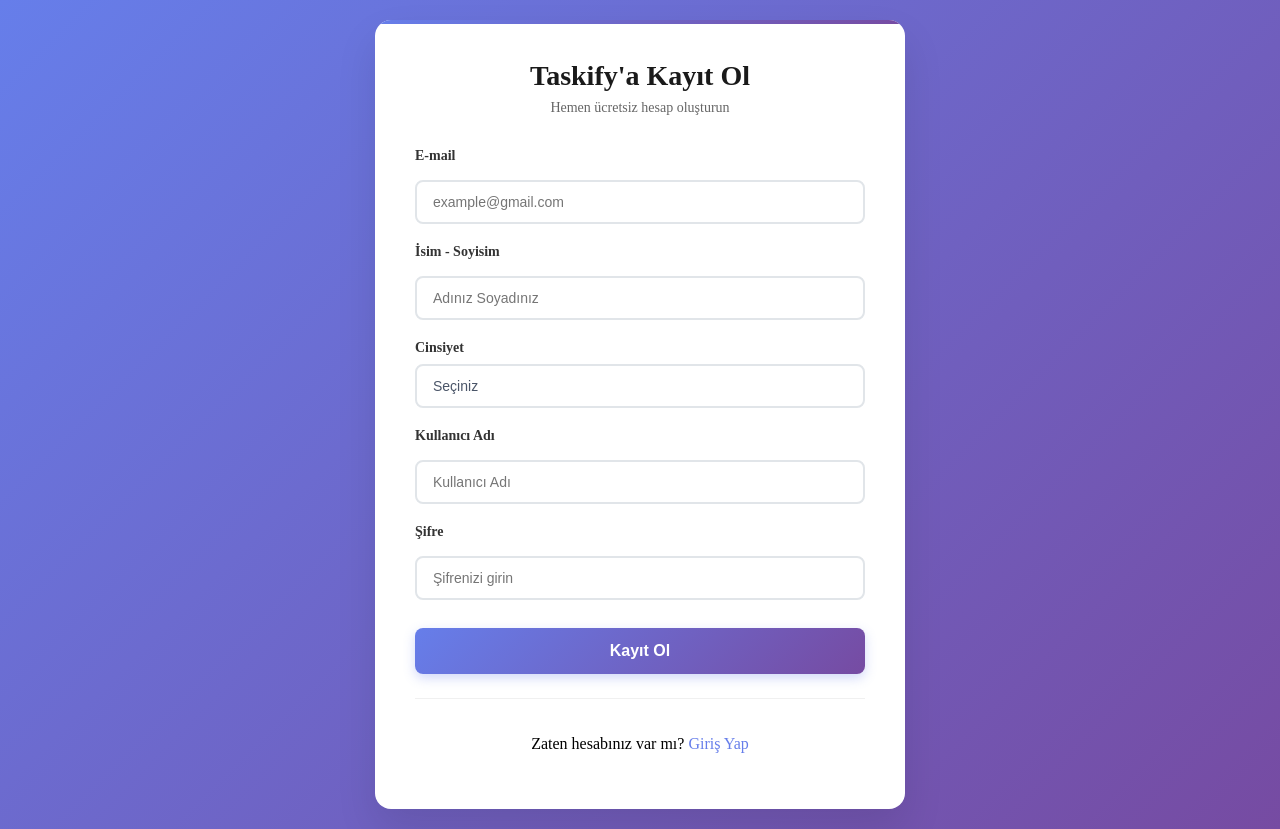
Repository: rumeyssaasya/TaskifyFrontendExample
Page: /auth/register
These files come from the project's save history. The page is drawn as it stood at one moment and after the next save; the edit follows.
The browser window is 1280 px wide. The pictures show the whole page.
The project was rebuilt for these pictures with package versions that can differ from the ones it lists, and the page was loaded fresh each time. Also part of the build but not shown: vite.config.ts, src/pages/Login/login.tsx, src/component/Navbar/navbar.css, src/component/ProfileDropDownMenu/profileDropDownMenu.css, src/component/ProfileDropDownMenu/profileDropDownMenu.tsx, src/component/Navbar/navbar.tsx, src/component/ProjectList/projectList.css, src/component/ProjectList/projectList.tsx and 19 more.

Above is the page before, as saved 2025-08-07 01:20:19.

After the next save:
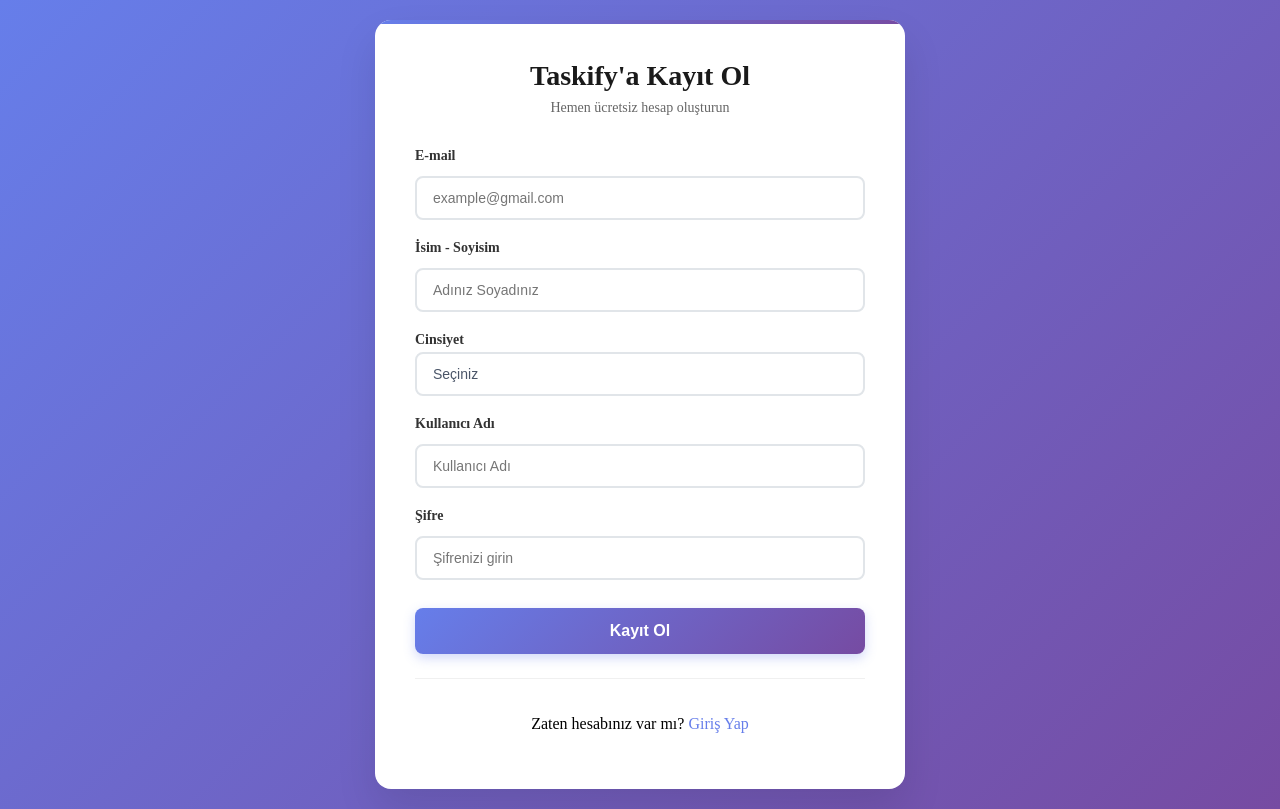
Saved 20 s later.
--- a/src/pages/Register/register.css
+++ b/src/pages/Register/register.css
@@ -68,7 +68,7 @@
 
 .form-label {
     display: block;
-    margin-bottom: 8px;
+    margin-bottom: 4px;
     font-weight: 600;
     color: #2d3748;
     font-size: 14px;
